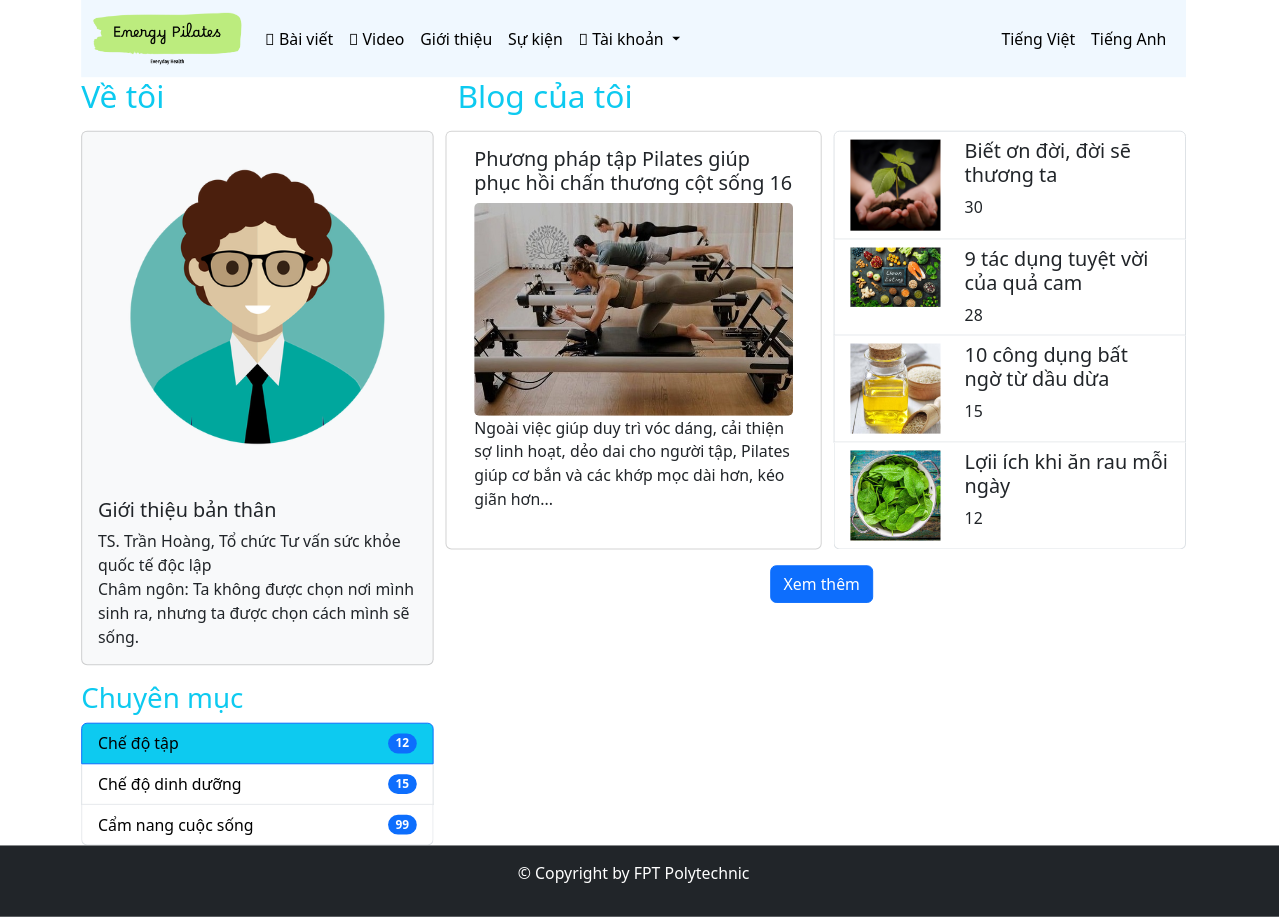
Repository: KizukoHeiwa/SOF308
Page: Lab1/index.html
The author's editor kept a copy of each file at every save. The page is drawn from the files as they stood at one save, then again after the next save.
The browser window is 1280 px wide. The page is 1292 px wide, so the pictures cover 1292 px, including what lies to the right of the window. The pictures show the whole page, at 99% of full size.
Some icons come from a web library that is not loaded, so they are not drawn. Some web libraries are served in a nearby version.

Above is the page before, as saved 2024-10-31 10:50:36.

### Lab1/index.html
<!DOCTYPE html>
<html lang="en">
<head>
    <meta charset="UTF-8">
    <meta name="viewport" content="width=device-width, initial-scale=1.0">
    <title>FPT Polytechnic</title>
    <link href="https://cdn.jsdelivr.net/npm/bootstrap@5.3.3/dist/css/bootstrap.min.css" rel="stylesheet" integrity="sha384-QWTKZyjpPEjISv5WaRU9OFeRpok6YctnYmDr5pNlyT2bRjXh0JMhjY6hW+ALEwIH" crossorigin="anonymous">
    <script src="https://cdn.jsdelivr.net/npm/bootstrap@5.3.3/dist/js/bootstrap.bundle.min.js" integrity="sha384-YvpcrYf0tY3lHB60NNkmXc5s9fDVZLESaAA55NDzOxhy9GkcIdslK1eN7N6jIeHz" crossorigin="anonymous"></script>
    <link rel="stylesheet" href="http://netdna.bootstrapcdn.com/font-awesome/4.0.3/css/font-awesome.min.css">
    <style>
        header{
            background-color: aliceblue;
            /* box-shadow: 1px 1px 2px 1px lightgray; */
        }
        .nav-link{
            color: black;
        }
        .nav-link:hover{
            color: green;
        }
        .navbar-nav .nav-link.active, .navbar-nav .nav-link.show {
            color: green;
        }
        .button-wrapper{
            display: flex;
            justify-content: center;
            align-items: center;
        }
        .footer-content{
            color: white;
            text-align: center;
        }
    </style>

</head>
<body>
    <div class="container">
        <header>
            <nav class="navbar navbar-expand-sm">
                <div class="container">
                    <a class="navbar-brand" href="#">
                        <img src="img/logo-energy-pilates.png" alt="" style="width: 150px;">
                    </a>
                    <div class="collapse navbar-collapse" id="collapsibleNavbar">
                        <ul class="navbar-nav me-auto">
                            <li class="nav-item">
                                <a class="nav-link" href="#"><i class="fa-solid fa-list"></i> Bài viết</a>
                            </li>
                            <li class="nav-item">
                                <a class="nav-link" href="#"><i class="fa-solid fa-film"></i> Video</a>
                            </li>
                            <li class="nav-item">
                                <a class="nav-link" href="#"><i class="fa-solid fa-circle-info"></i> Giới thiệu</a>
                            </li>
                            <li class="nav-item">
                                <a class="nav-link" href="#"><i class="fa-solid fa-calendar-days"></i> Sự kiện</a>
                            </li>
                            <li class="nav-item dropdown">
                                <a class="nav-link dropdown-toggle" href="#" role="button" data-bs-toggle="dropdown">
                                    <i class="fa-solid fa-user"></i> Tài khoản
                                </a>
                                <ul class="dropdown-menu">
                                    <li><a class="dropdown-item" href="#">Đăng nhập</a></li>
                                    <li><a class="dropdown-item" href="#">Quên mật khẩu</a></li>
                                    <li><a class="dropdown-item" href="#">Đăng ký thành viên</a></li>
                                </ul>
                            </li>
                        </ul>
                        <ul class="navbar-nav d-flex">
                            <li class="nav-item">
                                <a class="nav-link">Tiếng Việt</a>
                            </li>
                            <li class="nav-item">
                                <a class="nav-link">Tiếng Anh</a>
                            </li>
                        </ul>
                    </div>
                </div>
            </nav>
        </header>
        <section class="row">
            <aside class="col-sm-4">
                <div class="col-sm">
                    <h2 class="text-info mb-3">Về tôi</h2>
                    <div class="card mb-3 bg-light">
                        <img src="img/avatar.png" class="card-img-top" alt="">
                        <div class="card-body">
                            <h5 class="card-title">Giới thiệu bản thân</h5>
                            <p class="card-text">TS. Trần Hoàng, Tổ chức Tư vấn sức khỏe quốc tế độc lập <br>
                                Châm ngôn: Ta không được chọn nơi mình sinh ra, nhưng ta được chọn cách mình sẽ sống.
                            </p>
                        </div>
                    </div>

                    <h3 class="text-info mt-2">Chuyên mục</h3>
                    <ul class="list-group">
                        <li class="list-group-item active bg-info d-flex justify-content-between align-items-center">
                            <a class="nav-link" href="#">Chế độ tập</a>
                            <span class="badge bg-primary rounded-pill">12</span>
                        </li>
                        <li class="list-group-item d-flex justify-content-between align-items-center">
                            <a class="nav-link" href="#">Chế độ dinh dưỡng</a>
                            <span class="badge bg-primary rounded-pill">15</span>
                        </li>
                        <li class="list-group-item d-flex justify-content-between align-items-center">
                            <a class="nav-link" href="#">Cẩm nang cuộc sống</a>
                            <span class="badge bg-primary rounded-pill">99</span>
                        </li>
                    </ul>
                    <!-- end Chuyên mục -->
                </div>
            </aside>
            <article class="col-sm-8">
                <div class="row">
                        <h2 class="text-info mb-3">Blog của tôi</h2>
                        <div class="card col-sm-6">
                            <div class="card-body">
                                <h5 class="card-title">Phương pháp tập Pilates giúp phục hồi chấn thương cột sống <i class="fa-solid fa-message"></i> 16</h5>
                                <img src="img/tap-piltes.jpg" alt="" class="card-img">
                                <p class="card-text">Ngoài việc giúp duy trì vóc dáng, cải thiện sợ linh hoạt, dẻo dai cho người tập, Pilates giúp cơ bắn và các khớp mọc dài hơn, kéo giãn hơn...</p>
                            </div>
                        </div>
                        <div class="col-sm-6">
                            <ul class="list-group">
                                <li class="list-group-item d-flex justify-content-between align-items-start">
                                    <div class="row">
                                        <div class="col-4">
                                            <img src="img/corevalue.jpg" alt="" class="card-img">
                                        </div>
                                        <div class="col-8">
                                            <h5>Biết ơn đời, đời sẽ thương ta</h5>
                                            <span>30</span>
                                        </div>
                                    </div>
                                </li>
                                <li class="list-group-item d-flex justify-content-between align-items-start">
                                    <div class="row">
                                        <div class="col-4">
                                            <img src="img/eat-clean.png" alt="" class="card-img">
                                        </div>
                                        <div class="col-8">
                                            <h5>9 tác dụng tuyệt vời của quả cam</h5>
                                            <span>28</span>
                                        </div>
                                    </div>
                                </li>
                                <li class="list-group-item d-flex justify-content-between align-items-start">
                                    <div class="row">
                                        <div class="col-4">
                                            <img src="img/sesameoil_300x300.jpg" alt="" class="card-img">
                                        </div>
                                        <div class="col-8">
                                            <h5>10 công dụng bất ngờ từ dầu dừa</h5>
                                            <span>15</span>
                                        </div>
                                    </div>
                                </li>
                                <li class="list-group-item d-flex justify-content-between align-items-start">
                                    <div class="row">
                                        <div class="col-4">
                                            <img src="img/spinach_300x300.jpg" alt="" class="card-img">
                                        </div>
                                        <div class="col-8">
                                            <h5>Lợii ích khi ăn rau mỗi ngày</h5>
                                            <span>12</span>
                                        </div>
                                    </div>
                                </li>
                            </ul>
                        </div>
                    </div>
                    <div class="button-wrapper">
                        <button type="button" class="btn btn-primary m-3">Xem thêm</button>
                    </div>
                </div>
            </article>
        </section>
        <footer class="row bg-dark p-3">
            <p class="footer-content">&copy; Copyright by FPT Polytechnic</p>
        </footer>
    </div>
</body>
</html>

After the next save:
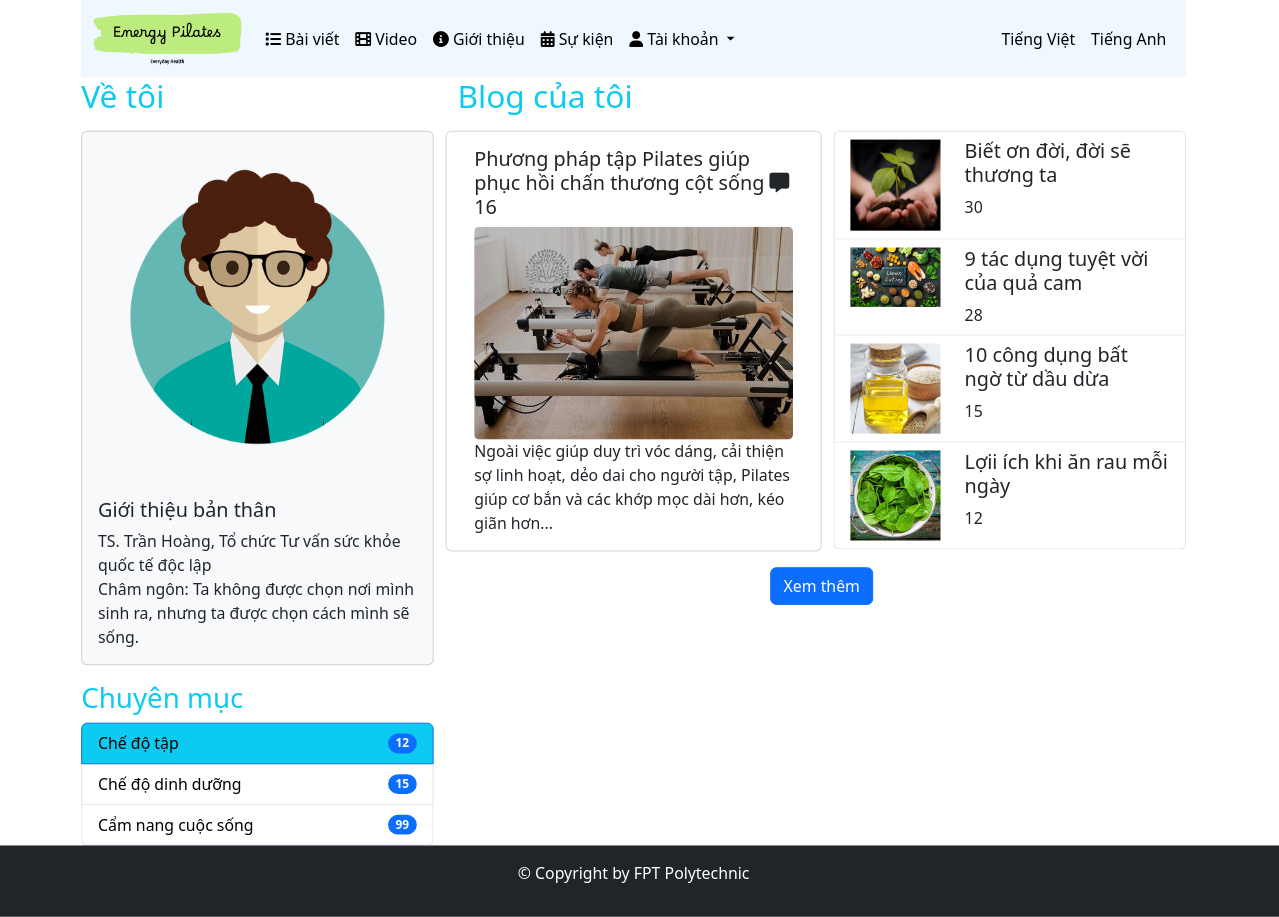
Saved 81 s later.
--- a/Lab1/index.html
+++ b/Lab1/index.html
@@ -6,7 +6,7 @@
     <title>FPT Polytechnic</title>
     <link href="https://cdn.jsdelivr.net/npm/bootstrap@5.3.3/dist/css/bootstrap.min.css" rel="stylesheet" integrity="sha384-QWTKZyjpPEjISv5WaRU9OFeRpok6YctnYmDr5pNlyT2bRjXh0JMhjY6hW+ALEwIH" crossorigin="anonymous">
     <script src="https://cdn.jsdelivr.net/npm/bootstrap@5.3.3/dist/js/bootstrap.bundle.min.js" integrity="sha384-YvpcrYf0tY3lHB60NNkmXc5s9fDVZLESaAA55NDzOxhy9GkcIdslK1eN7N6jIeHz" crossorigin="anonymous"></script>
-    <link rel="stylesheet" href="http://netdna.bootstrapcdn.com/font-awesome/4.0.3/css/font-awesome.min.css">
+    <link rel="stylesheet" href="https://cdnjs.cloudflare.com/ajax/libs/font-awesome/6.0.0-beta3/css/all.min.css">
     <style>
         header{
             background-color: aliceblue;
